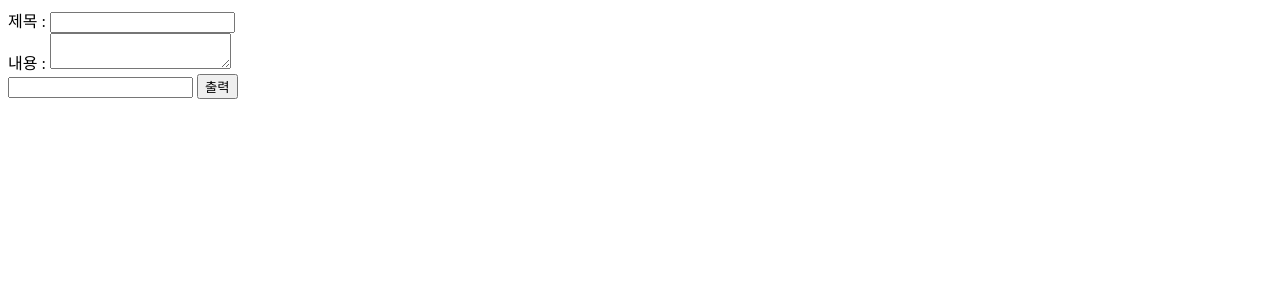
Repository: uzchu/jsp
Page: workspace/JSPPrj/src/main/webapp/reg.html
These files come from the project's save history. The page is drawn as it stood at one moment and after the next save; the edit follows.
The browser window is 1280 px wide. The pictures show the whole page.

Above is the page before, as saved 2021-05-21 08:15:39.

### workspace/JSPPrj/src/main/webapp/reg.html
<!DOCTYPE html>
<html>
<head>
<meta charset="UTF-8">
<title>Insert title here</title>
</head>
<body>
	<div>
		<form action = "notice-reg">
			<div>
				<label>제목 : <input type="text"></label>
			</div>
			<div>
				<label>내용 : </label>
				<textarea name="content"></textarea>
			</div>
			<div>
				<input type="text" name="cnt"/>
				<input type="submit" value="출력"/>
			</div>
		</form>
	</div>
</body>
</html>

After the next save:
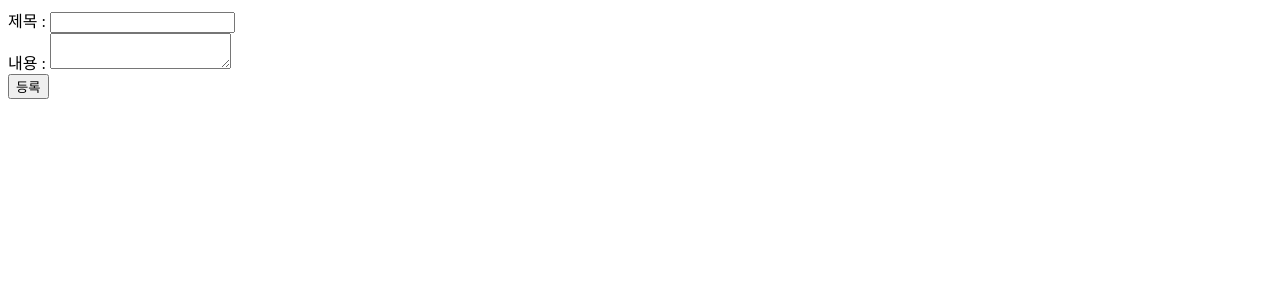
Saved 22 min 42 s later.
--- a/workspace/JSPPrj/src/main/webapp/reg.html
+++ b/workspace/JSPPrj/src/main/webapp/reg.html
@@ -8,15 +8,14 @@
 	<div>
 		<form action = "notice-reg">
 			<div>
-				<label>제목 : <input type="text"></label>
+				<label>제목 : <input name= "title" type="text"></label>
 			</div>
 			<div>
 				<label>내용 : </label>
 				<textarea name="content"></textarea>
 			</div>
 			<div>
-				<input type="text" name="cnt"/>
-				<input type="submit" value="출력"/>
+				<input type="submit" value="등록"/>
 			</div>
 		</form>
 	</div>
